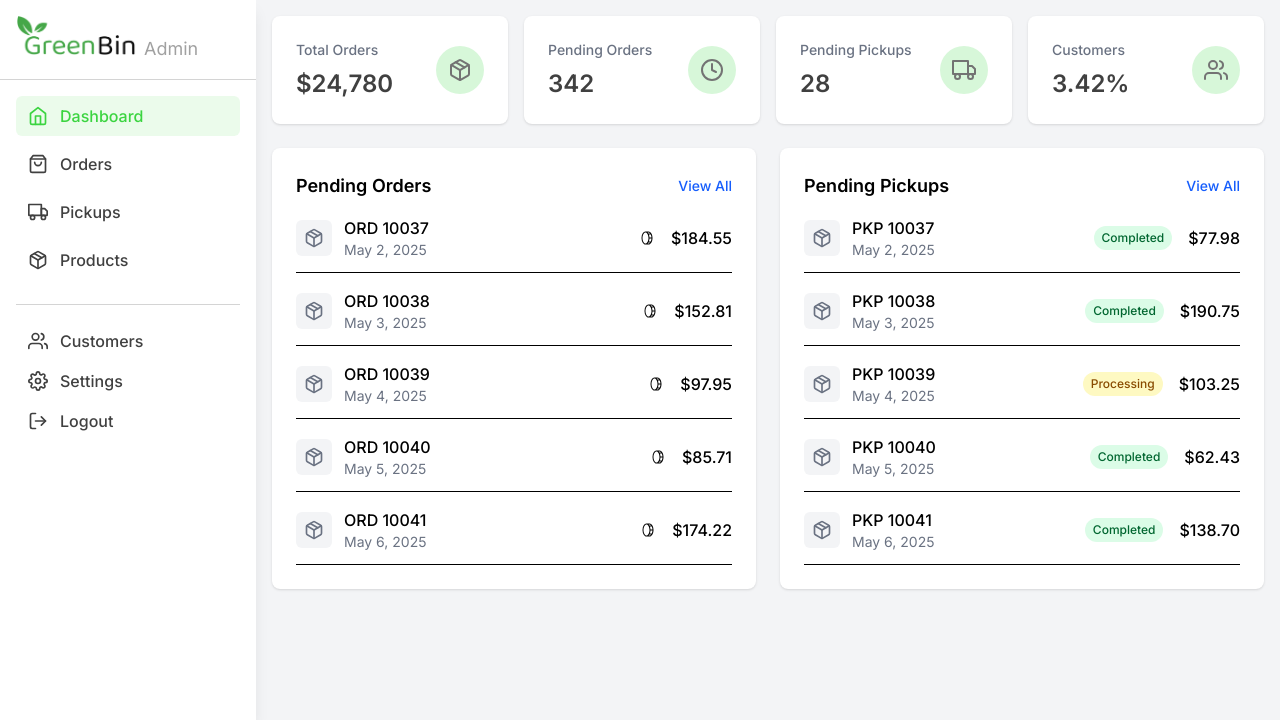
Repository: Siddhu123456/Plastic-Waste-Management
Page: /dashboard (app in frontend/)
An editor plug-in stored every save of this project. The page is shown before and after the next save, followed by the edit.
The browser window is 1280 px wide. The pictures show the whole page.
The page's requests for data from a server got no answer. The project was rebuilt for these pictures with package versions that can differ from the ones it lists, and the page was loaded fresh each time. No one was signed in, and anything a server would have sent is missing. Also part of the build but not shown: frontend/vite.config.js, frontend/src/components/ProductCard.jsx, frontend/src/components/TrendingProductsCarousel.jsx, frontend/src/pages/Home.jsx, frontend/src/components/FilterBar.jsx, frontend/src/components/Loader.jsx, frontend/src/pages/customer/Shop.jsx, frontend/src/pages/customer/Recycle.jsx and 22 more. Imported but missing from the stored project, and not drawn on this page: frontend/src/pages/Help, frontend/src/pages/customer/WishList.

Above is the page before, as saved 2025-05-06 22:04:28.

After the next save:
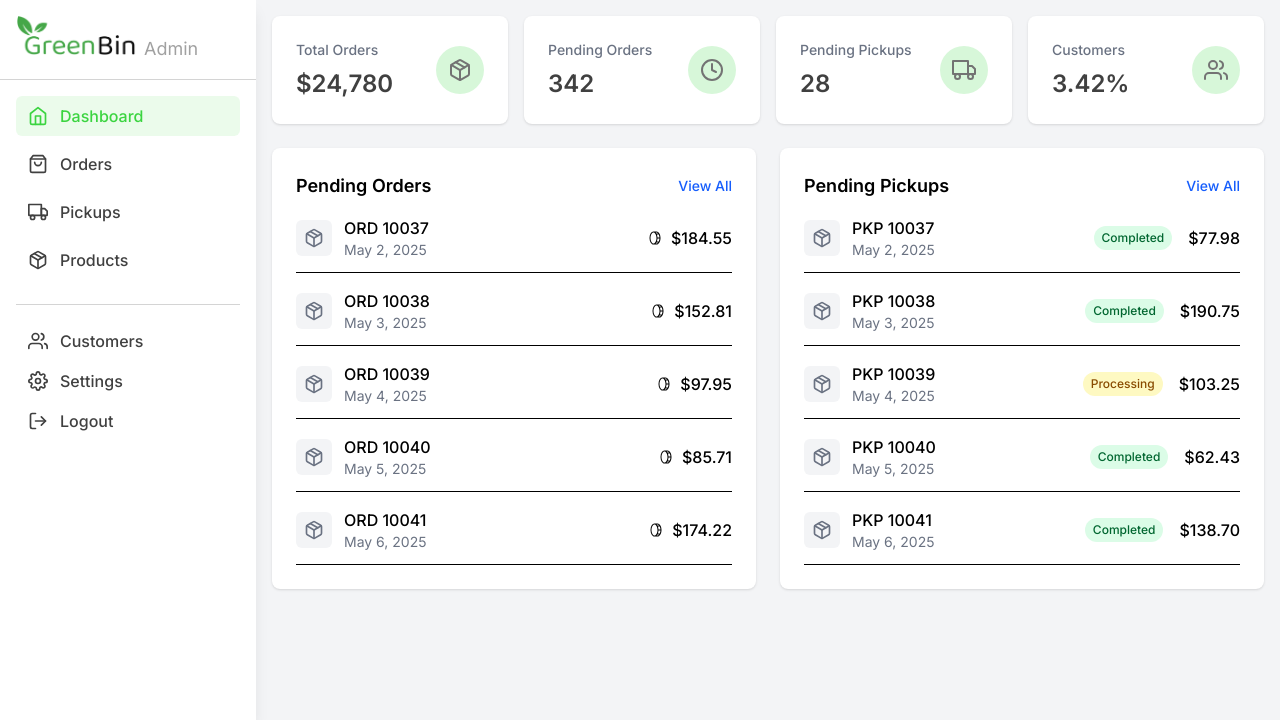
Saved 37 s later.
--- a/frontend/src/pages/admin/Dashboard.jsx
+++ b/frontend/src/pages/admin/Dashboard.jsx
@@ -81,7 +81,7 @@ import { PiCoinVertical } from 'react-icons/pi';
                   </div>
                   <div className="flex items-center">
                     <PiCoinVertical />
-                    <span className="ml-4 font-medium">${(Math.random() * 200 + 50).toFixed(2)}</span>
+                    <span className="ml-2 font-medium">${(Math.random() * 200 + 50).toFixed(2)}</span>
                   </div>
                 </div>
               ))}
